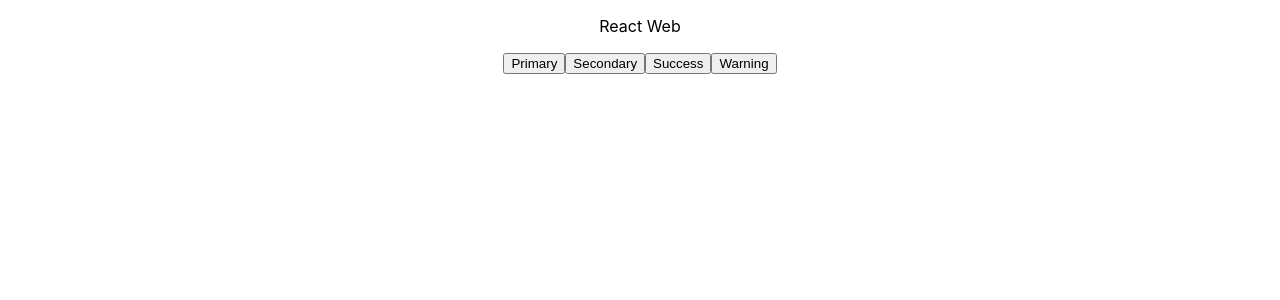
Repository: imtiazahmedd/React-Node-Sql
Page: / (app in web/web/)
An editor plug-in stored every save of this project. The page is shown before and after the next save, followed by the edit.
The browser window is 1280 px wide. The pictures show the whole page.
The project was rebuilt for these pictures with package versions that can differ from the ones it lists, and the page was loaded fresh each time.

Above is the page before, as saved 2019-06-26 13:34:15.

### web/web/src/App.js
import React from 'react';
import Button from 'react-bootstrap/Button';
import './App.css';

function App() {
  return (
    <div className="App">
      <p>React Web</p>
      <Button variant="primary">Primary</Button>
      <Button variant="secondary">Secondary</Button>
      <Button variant="success">Success</Button>
      <Button variant="warning">Warning</Button>
    </div>
  );
}

export default App;

Loaded but not shown: web/web/public/index.html (common file); web/web/src/index.js (common file); web/web/src/index.css (common file); web/web/src/serviceWorker.js (common file); web/web/src/App.css (common file)

After the next save:
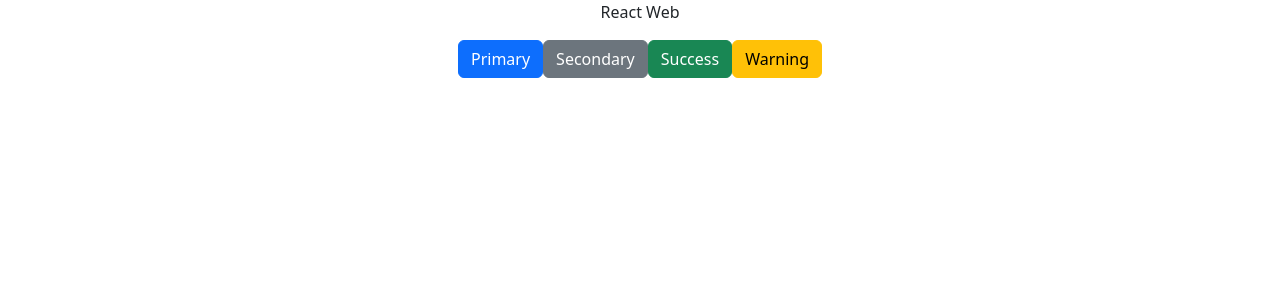
Saved 20 s later.
--- a/web/web/src/App.js
+++ b/web/web/src/App.js
@@ -1,5 +1,6 @@
 import React from 'react';
 import Button from 'react-bootstrap/Button';
+import 'bootstrap/dist/css/bootstrap.css';
 import './App.css';
 
 function App() {

After the save that followed:
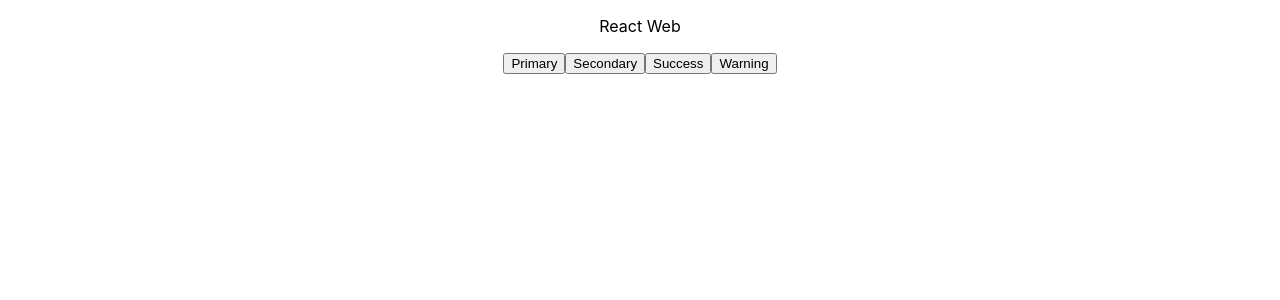
Saved 15 s later.
--- a/web/web/src/App.js
+++ b/web/web/src/App.js
@@ -1,6 +1,6 @@
 import React from 'react';
 import Button from 'react-bootstrap/Button';
-import 'bootstrap/dist/css/bootstrap.css';
+
 import './App.css';
 
 function App() {
